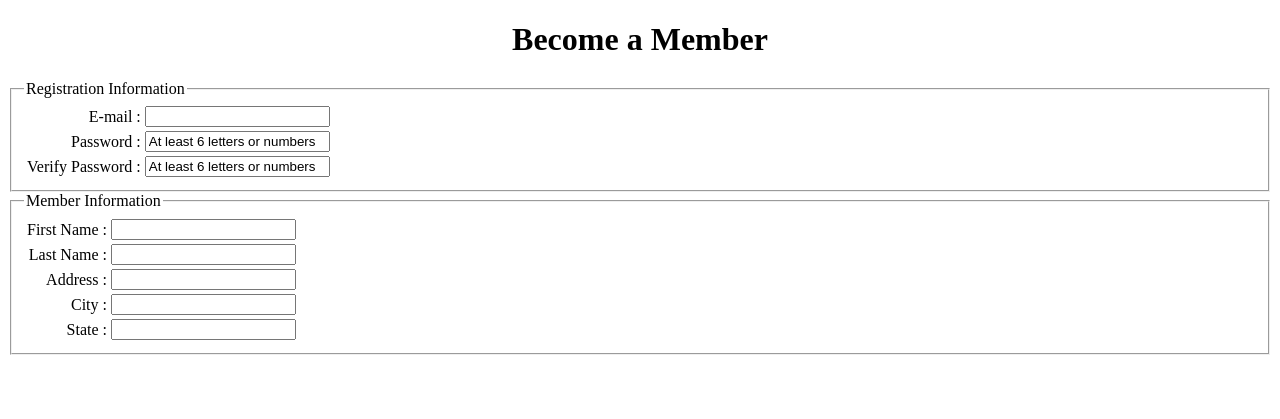
Repository: kjungyoun/Web_Study_2021
Page: homework_front/WebContent/0302/0302.html
The author's editor kept a copy of each file at every save. The page is drawn from the files as they stood at one save, then again after the next save.
The browser window is 1280 px wide. The pictures show the whole page.

Above is the page before, as saved 2021-03-02 11:06:04.

### homework_front/WebContent/0302/0302.html
<!DOCTYPE html>
<html>
<head>
<meta charset="UTF-8">
<title>Become a Member</title>
</head>
<body>
<header>
	<h1 align="center">
		Become a Member
	</h1>
</header>
<form action="index.html">
	<fieldset>
		<legend>Registration Information</legend>
		<table >
			<tbody>
				<tr>
					<td align="right">
						<label for="userid">E-mail : </label>
					</td>
					<td align="left">
						<input type="email" id="email" name="email">
					</td>
				</tr>
				<tr>
					<td align="right">
					<label for="password">Password : </label>
					</td>
					<td align="left">
						<input type="text" id="psw" name="psw" value="At least 6 letters or numbers">
					</td>
				</tr>
				<tr>
					<td align="right">
						<label for="vpassword">Verify Password : </label>
					</td>
					<td align="left">
						<input type="text" id="vpwd" name="vpwd" value="At least 6 letters or numbers">
					</td>
				</tr>
			</tbody>
		</table>
	</fieldset>
	<fieldset>
		<legend>Member Information</legend>
		<table >
			<tbody>
				<tr>
					<td align="right">
						<label for="fname">First Name : </label>
					</td>
					<td align="left">
						<input type="text" id="fname" name="fname">
					</td>
				</tr>
				<tr>
					<td align="right">
					<label for="lname">Last Name : </label>
					</td>
					<td align="left">
						<input type="text" id="lname" name="lname">
					</td>
				</tr>
				<tr>
					<td align="right">
						<label for="address">Address : </label>
					</td>
					<td align="left">
						<input type="text" id="addr" name="addr">
					</td>
				</tr>
				<tr>
					<td align="right">
						<label for="city">City : </label>
					</td>
					<td align="left">
						<input type="text" id="city" name="city">
					</td>
				</tr>
				<tr>
					<td align="right">
						<label for="state">State : </label>
					</td>
					<td align="left">
						<input type="text" id="state" name="state">
					</td>
				</tr>
			</tbody>
		</table>
	</fieldset>
</form>
</body>
</html>

After the next save:
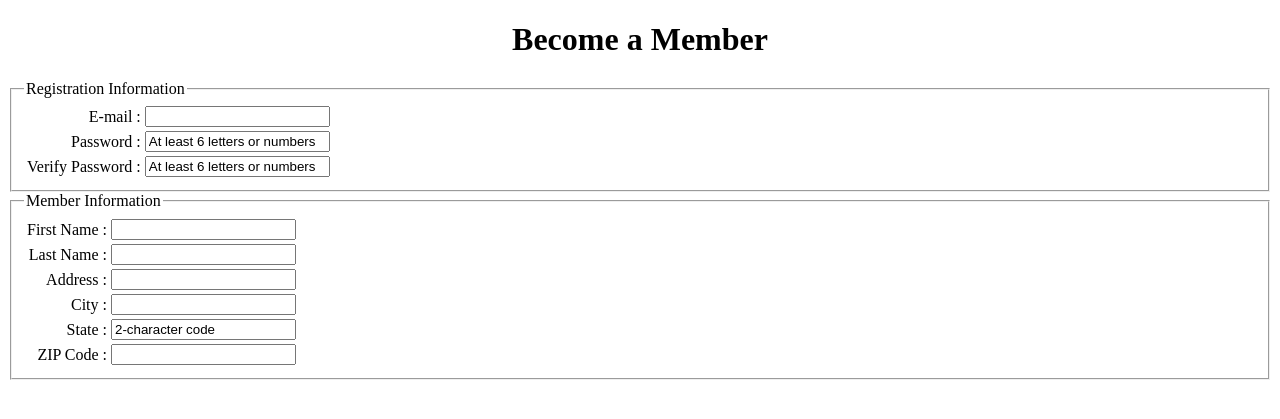
Saved 35 s later.
--- a/homework_front/WebContent/0302/0302.html
+++ b/homework_front/WebContent/0302/0302.html
@@ -83,7 +83,15 @@
 						<label for="state">State : </label>
 					</td>
 					<td align="left">
-						<input type="text" id="state" name="state">
+						<input type="text" id="state" name="state" value="2-character code">
+					</td>
+				</tr>
+				<tr>
+					<td align="right">
+						<label for="zip">ZIP Code : </label>
+					</td>
+					<td align="left">
+						<input type="text" id="addr" name="addr">
 					</td>
 				</tr>
 			</tbody>
